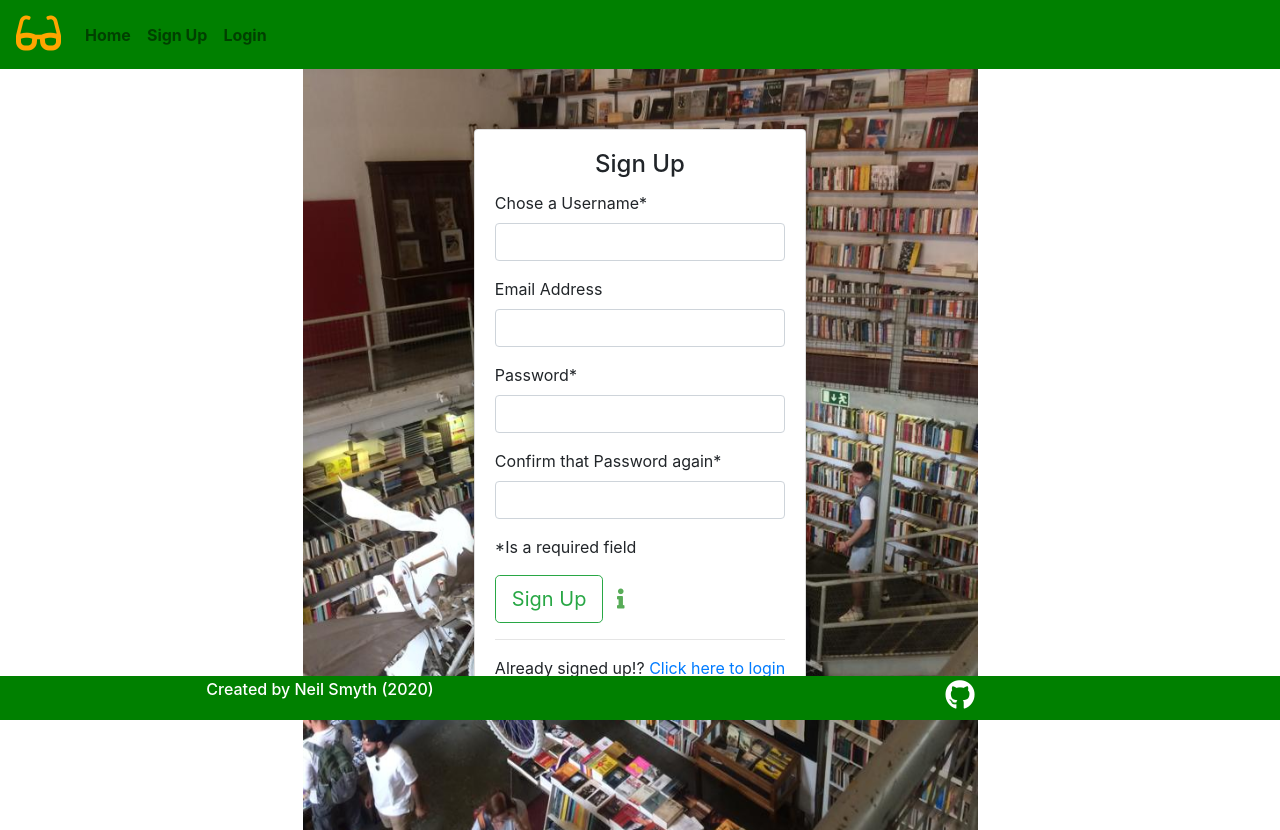
Repository: NeiloErnesto89/Data_Centric_Dev_Milestone_Project3
Page: templates/signup.html
The author's editor kept a record of every edit. The page is drawn from the files as they stood at one moment, then again after the next edit.
The browser window is 1280 px wide. The pictures show the whole page.
Backgrounds fixed to the window are drawn as part of the page. Some web libraries are served in a nearby version. The template is drawn by Flask 3. The application's start-up code is not run. Other server files are loaded and not shown. The template is opened directly, without the code that normally fills it, so the values that code supplies are empty.

Above is the page before.

### templates/signup.html
{% extends "base.html" %} {% block content %}



	<section class="container-fluid">
		<div class="row justify-content-center">
			<!--<div class="col-md-12 text-center">
			<h1 class="add_header mt-3 mb-3">Sign Up Here</h1>
		</div> -->
			<div class="card card-signin my-5">
				<div class="card-body">
					<h4 class="card-title text-center">Sign Up</h4>
					<form class="form-signin" data-toggle="validator" method="POST" action="/signup">

						{% with messages = get_flashed_messages() %} {% if messages %}
						<ul class=flashes>
							{% for message in messages %}
							<font size="6"><strong><u>{{ message }}</u></strong></font>
							{% endfor %}
						</ul>
						{% endif %} {% endwith %}

						<div class="form-group">
							<label for="sign-in-username">Chose a Username*</label>
							<input name="username" type="text" class="form-control" id="sign-in-username" required>
						</div>

						<div class="form-group">
							<label for="email">Email Address</label>
							<input name="email" type="email" class="form-control" id="email" data-error="email address is invalid" required>
						</div>

						<div class="form-group">
							<label for="sign-in-password">Password*</label>
							<input class="form-control" name="user_password" type="password" id="sign-in-password" required>
						</div>

						<div class="form-group">
							<label for="sign-in-password">Confirm that Password again*</label>
							<input class="form-control" name="confirm_password" type="password" id="sign-in-password1" required>
						</div>

						<div class="form-group">
							<p>
								*Is a required field
							</p>
						</div>

						<button class="btn btn-outline-success btn-lg" type="submit">Sign Up</button>
						<span class="d-inline-block" tabindex="0" data-toggle="tooltip" title="Sign up your details">
                  		<button class="btn btn-sm mini-button" style="pointer-events: none; font-size:20px;color:green;" type="button" disabled><i class="fas fa-info" style=""></i></button>
                		</span>

					</form>
					<hr>
					<div>
						Already signed up!? <a href="{{ url_for('login') }}"> Click here to login</a>
					</div>
				</div>
			</div>

		</div>
	</section>

{% endblock %}

</div> <!-- COVER -->

### templates/base.html
<!DOCTYPE html>
<html lang="en">

<head>
    <meta charset="UTF-8">
    <meta name="viewport" content="width=device-width, initial-scale=1.0">
    <meta http-equiv="X-UA-Compatible" content="ie=edge">

    <title>Book Reviews</title>

    <!-- Bootstrap -->
    <link rel="stylesheet" href="https://stackpath.bootstrapcdn.com/bootstrap/4.3.1/css/bootstrap.min.css" integrity="sha384-ggOyR0iXCbMQv3Xipma34MD+dH/1fQ784/j6cY/iJTQUOhcWr7x9JvoRxT2MZw1T" crossorigin="anonymous">

    <!-- Google Font-->

    <link href="https://fonts.googleapis.com/css?family=Montserrat:400,700" rel="stylesheet">

    <!-- Font Awesome-->

    <link rel="stylesheet" href="https://use.fontawesome.com/releases/v5.7.2/css/all.css" integrity="sha384-fnmOCqbTlWIlj8LyTjo7mOUStjsKC4pOpQbqyi7RrhN7udi9RwhKkMHpvLbHG9Sr" crossorigin="anonymous">

    <link rel="stylesheet" href="https://cdnjs.cloudflare.com/ajax/libs/font-awesome/4.7.0/css/font-awesome.min.css">

    <!-- CSS -->

    <link rel="stylesheet" href="{{url_for('static', filename='css/style.css')}}" type="text/css" />


</head>

<body>

<div class="cover-container d-flex mx-auto flex-column">

            <!--NavBar with Burger Icon-->
        {% block navbar %}
        <header class="nav-container">
            <nav class="navbar navbar-expand-lg navbar-light mb-1 text-center fixed-top">
                <a class="navbar-brand" href="{{ url_for('index') }}" data-target="#modalPopUp" data-toggle="modal"><i class="fas fa-glasses" style="font-size:40px;color:orange;"></i></a>
                <button class="navbar-toggler" type="button" data-toggle="collapse" data-target="#navbarTogglerDemo02" aria-controls="navbarTogglerDemo02" aria-expanded="false" aria-label="Toggle navigation">
                                <span class="navbar-toggler-icon"></span>
                              </button>
                <div class="collapse navbar-collapse" id="navbarTogglerDemo02">
                    <ul class="navbar-nav mr-auto mt-0 mt-lg-0">


                        <li class="nav-item">
                            <a class="nav-link" href="{{ url_for('index') }}"><b>Home</b></a>
                        </li>
                        <li class="nav-item">
                            <a class="nav-link" href="{{ url_for('signup') }}"><b>Sign Up</b></a>
                        </li>
                        <li class="nav-item">
                            <a class="nav-link" href="{{ url_for('login') }}"><b>Login</b></a>
                        </li>

                    </ul>
                </div>
            </nav>
        </header>
        {% endblock navbar %}



    <hr>

    <main class="container base-container mt-5 mb-5">
            {% block content %}
            {% endblock %}

    </main>
    <hr>

        <!--FOOTER -->

        <div class="footer container-fluid">
            <div class="row justify-content-center">
                <div class="text-center col-xs-12 col-sm-6 mt-1 mb-2">

                    <h6>Created by Neil Smyth (2020)</h6>

                </div>
                <div class="text-center col-xs-12 col-sm-6 mt-1 mb-2">

                    <a href="https://github.com/NeiloErnesto89" target="_blank "><i class="fab fa-github" style="font-size:30px; color:white; "></i></a>

                </div>
            </div>
        </div> <!-- footer container-->

</div>    <!--Cover Container -->

    <!-- JQuery -->
    <script src="https://cdnjs.cloudflare.com/ajax/libs/jquery/3.2.1/jquery.min.js"></script>

    <!-- Bootstrap JS-->

    <script src="https://code.jquery.com/jquery-3.3.1.slim.min.js" integrity="sha384-q8i/X+965DzO0rT7abK41JStQIAqVgRVzpbzo5smXKp4YfRvH+8abtTE1Pi6jizo" crossorigin="anonymous"></script>
    <script src="https://cdnjs.cloudflare.com/ajax/libs/popper.js/1.14.7/umd/popper.min.js" integrity="sha384-UO2eT0CpHqdSJQ6hJty5KVphtPhzWj9WO1clHTMGa3JDZwrnQq4sF86dIHNDz0W1" crossorigin="anonymous"></script>
    <script src="https://stackpath.bootstrapcdn.com/bootstrap/4.3.1/js/bootstrap.min.js" integrity="sha384-JjSmVgyd0p3pXB1rRibZUAYoIIy6OrQ6VrjIEaFf/nJGzIxFDsf4x0xIM+B07jRM" crossorigin="anonymous"></script>

    <!-- JS File -->

    <script src="{{url_for('static', filename='js/script.js')}}"></script>


    <!--  <script type="text/javascript">
        $(document).ready(function() {
            $('.collapsible').collapsible();
        });
    </script>  -->
</body>

</html>

### static/css/style.css
body {
  background-color: #F0F0F0;
  display: flex;
  background: url("../images/libs.jpg") no-repeat center center fixed;

}


/*.cover-container {
  min-height: 100vh;
  background: url('../images/libs.jpg') no-repeat center center fixed;
    -webkit-background-size: cover;
  -moz-background-size: cover;
  -o-background-size: cover;
  background-size: cover;
  display: flex;
  align-items: center;
  justify-content: center;
  transition: all .5s ease-in-out;
  -moz-transition: all .5s ease-in-out;
  -webkit-transition: all .5s ease-in-out;
  -o-transition: all .5s ease-in-out;
  position: relative;
} */


.navbar {
  background-color: green;
}

.jumbotron {
  background-color: #ffa31a;
  margin-right: 3rem;
  margin-left: 3rem;
}

/* Paginate Button on All Reviews.html (taken from w3 schools*/

.paginate {
  display: inline-block;
}

.paginate a {
  color: black;
  float: left;
  padding: 8px 16px;
  text-decoration: none;
  margin: 15px;
}

.paginate a.active {
  background-color: #4CAF50;
  color: white;
  border-radius: 5px;
}

.paginate a:hover:not(.active) {
  background-color: #ddd;
  border-radius: 5px;
}

/* all_reviews.html - book review cards*/

.card {
  margin: 5px;
  box-shadow: 0 4px 8px 0 rgba(0, 0, 0, 0.2)
  /*border: 8px solid rgb(5, 187, 5);
  border-radius: 3rem; */
}

/* Card Image */

.book_image {
  background-color: white;
  box-shadow: 0 4px 8px 0 rgba(0, 0, 0, 0.2), 0 6px 20px 0 rgba(0, 0, 0, 0.19);
  max-width: 100%;
  height: 28rem;

}

/*
  .card-img-top {
    width: 100%;
    height: 15vw;
    object-fit: cover;
}
  */

/* MODAL */

.modal {
  color: black;
  background-color: rgb(204, 255, 204, 0.8);
}

.modal-header {

  background-color: rgb(204, 255, 204);
  opacity: 0.8;

}

.modal-title {
  font-size: 34px;
  font-weight: bold;
  text-align: center;
  /*margin-left: 45px; */
  padding: 5px;
  /*text-decoration: underline;*/
}


.modal-body {
  font-size: 15px;
  font-weight: bold;
  color: white;
  background-color: rgb(0, 153, 51);
  opacity: 0.8;
  text-align: center;
}

.modal-footer {
  background-color: rgb(204, 255, 204);
  opacity: 0.8;
}

.modal-header .close {
  margin: -10px;
}

/*

#logout_button {
  color: #3d7a59;
  font-weight: 700;
  font-size: 17px;
  margin: 5px;
  padding: 5px;
  position: fixed;
  bottom: 7px;
  right: 2px;
  z-index: 1;
  opacity: 0.9;
} */

.footer {
  position: fixed;
  left: 0;
  bottom: 0;
  width: 100%;
  background-color: green;
  color: white;
  text-align: center;
}

### static/js/script.js
/*$(document).ready(function() {

    $('#popUpModal').modal('show');
}); */

$(function () {
  $('[data-toggle="tooltip"]').tooltip()
})

After the next edit:
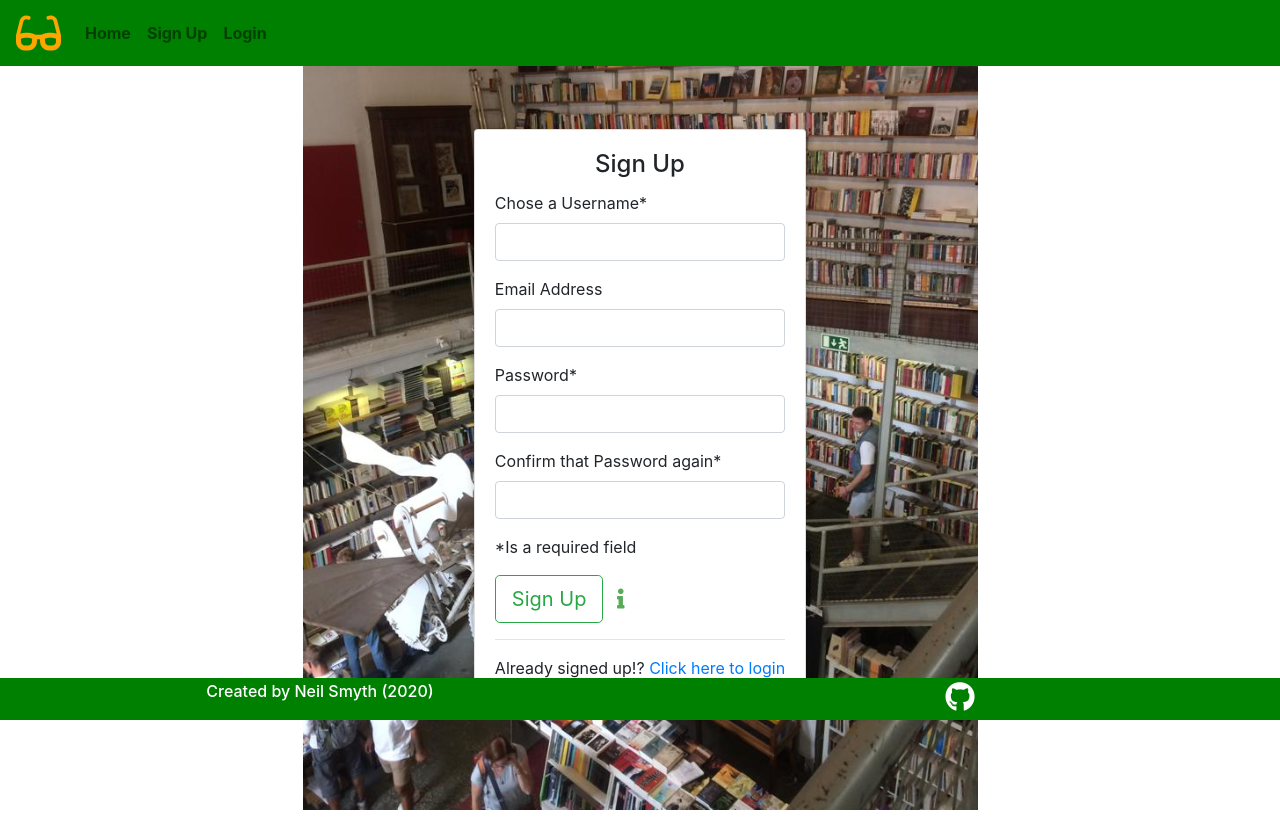
The edit:
--- a/templates/signup.html
+++ b/templates/signup.html
@@ -1,4 +1,8 @@
-{% extends "base.html" %} {% block content %}
+<div class="cover-container d-flex mx-auto flex-column">
+
+{% extends "base.html" %}
+
+{% block content %}
 
 
 
